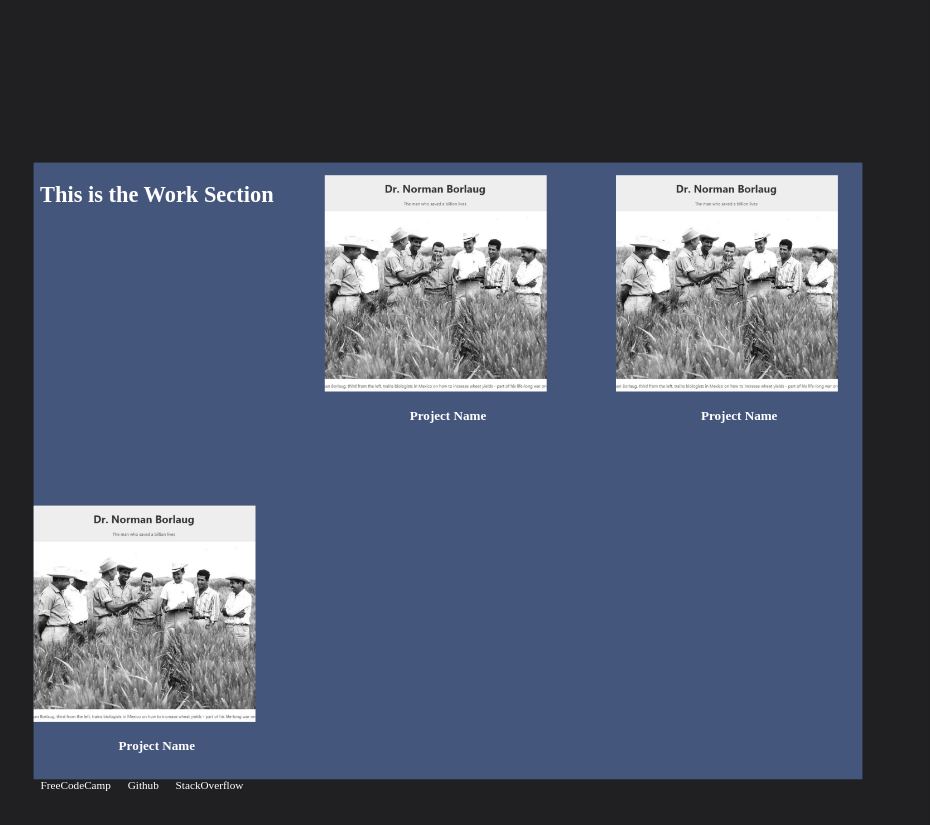
Repository: justicebhekani88/microverse_portfolio_project
Page: index.html
The author's editor kept a copy of each file at every save. The page is drawn from the files as they stood at one save, then again after the next save.
The browser window is 1280 px wide. The page is 1328 px wide, so the pictures cover 1328 px, including what lies to the right of the window. The pictures show the part of the page from y = 836 to 2676 px (the page is 2015 px tall before and 2906 px after), at 70% of full size.

Above is the page before, as saved 2022-07-21 15:24:21.

After the next save:
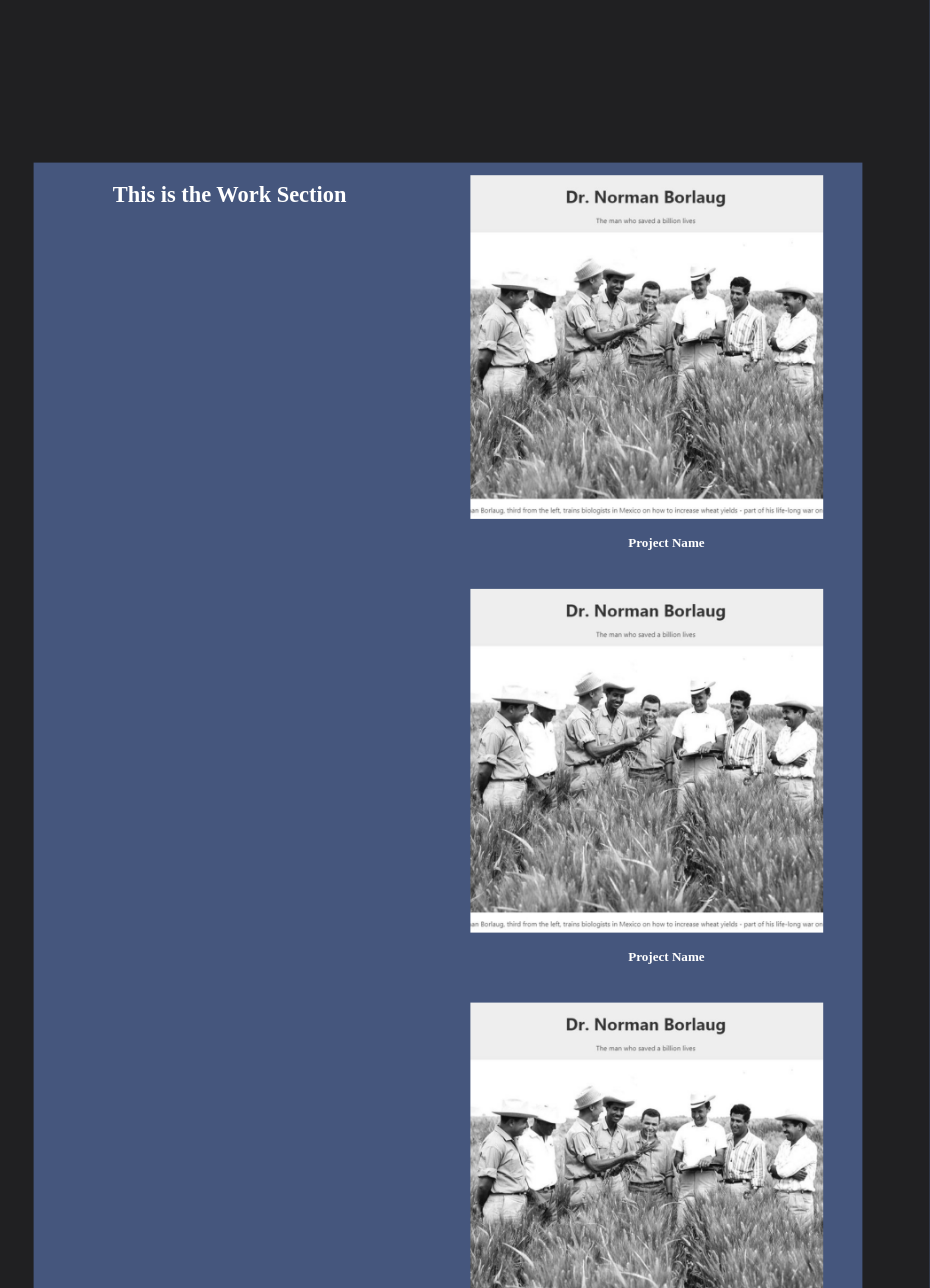
Saved 36 s later.
--- a/index.html
+++ b/index.html
@@ -26,6 +26,7 @@
         </section>
         <section id="projects">
             <h1>This is the Work Section</h1>
+            <div class="projects-display">
             <div class="project-tile">
                 <a href="">
                     <div>
@@ -50,6 +51,7 @@
                     </div>
                 </a>
             </div>
+            </div>
         </section>
         <section>
             <a href="#" id="profile-link" target="_blank">FreeCodeCamp</a>
